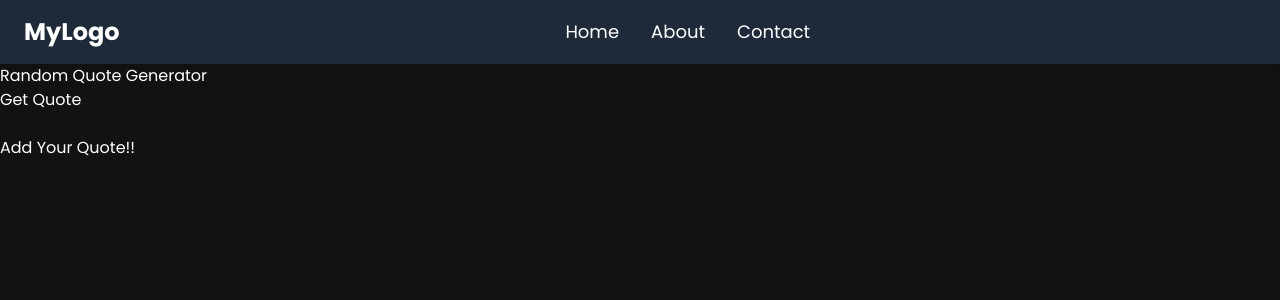
Repository: Vaibhav979/Quote-Generator
Page: / (app in QuoteGen-View/)
These files come from the project's save history. The page is drawn as it stood at one moment and after the next save; the edit follows.
The browser window is 1280 px wide. The pictures show the whole page.
The project was rebuilt for these pictures with package versions that can differ from the ones it lists, and the page was loaded fresh each time. Also part of the build but not shown: QuoteGen-View/vite.config.js, QuoteGen-View/src/components/AddQuotePage.jsx, QuoteGen-View/src/App.css.

Above is the page before, as saved 2025-08-15 21:06:21.

After the next save:
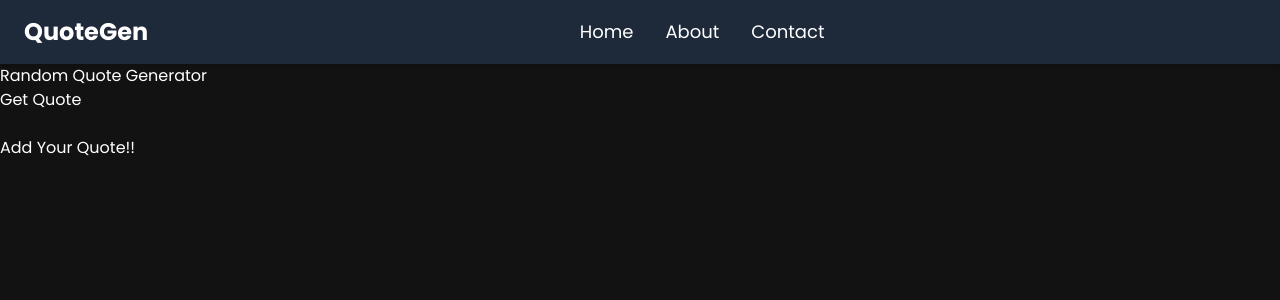
Saved 5 s later.
--- a/QuoteGen-View/src/components/Navbar.jsx
+++ b/QuoteGen-View/src/components/Navbar.jsx
@@ -10,7 +10,7 @@
   return (
     <div className="w-full h-16 bg-gray-800 flex items-center px-6 shadow-md">
       <nav className="flex items-center justify-between w-full">
-        <div className="text-white text-2xl font-bold">MyLogo</div>
+        <div className="text-white text-2xl font-bold">QuoteGen</div>
         <ul className="list-none flex items-center gap-8 text-white text-lg">
           <li className="hover:text-gray-400 cursor-pointer">Home</li>
           <li className="hover:text-gray-400 cursor-pointer">About</li>
